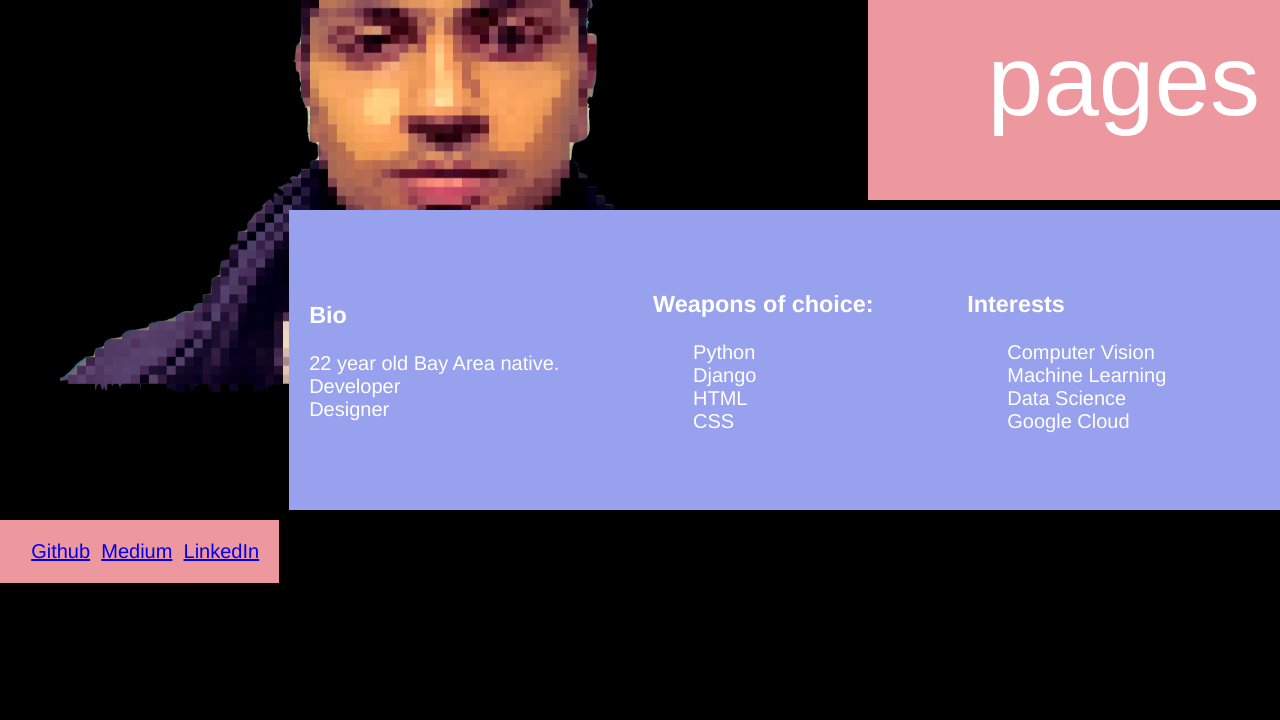
Repository: SamirIngley/html-semantic
Page: templates/about.html
The author's editor kept a copy of each file at every save. The page is drawn from the files as they stood at one save, then again after the next save.
The browser window is 1280 px wide. The pictures show the whole page.

Above is the page before, as saved 2020-02-05 22:20:43.

After the next save:
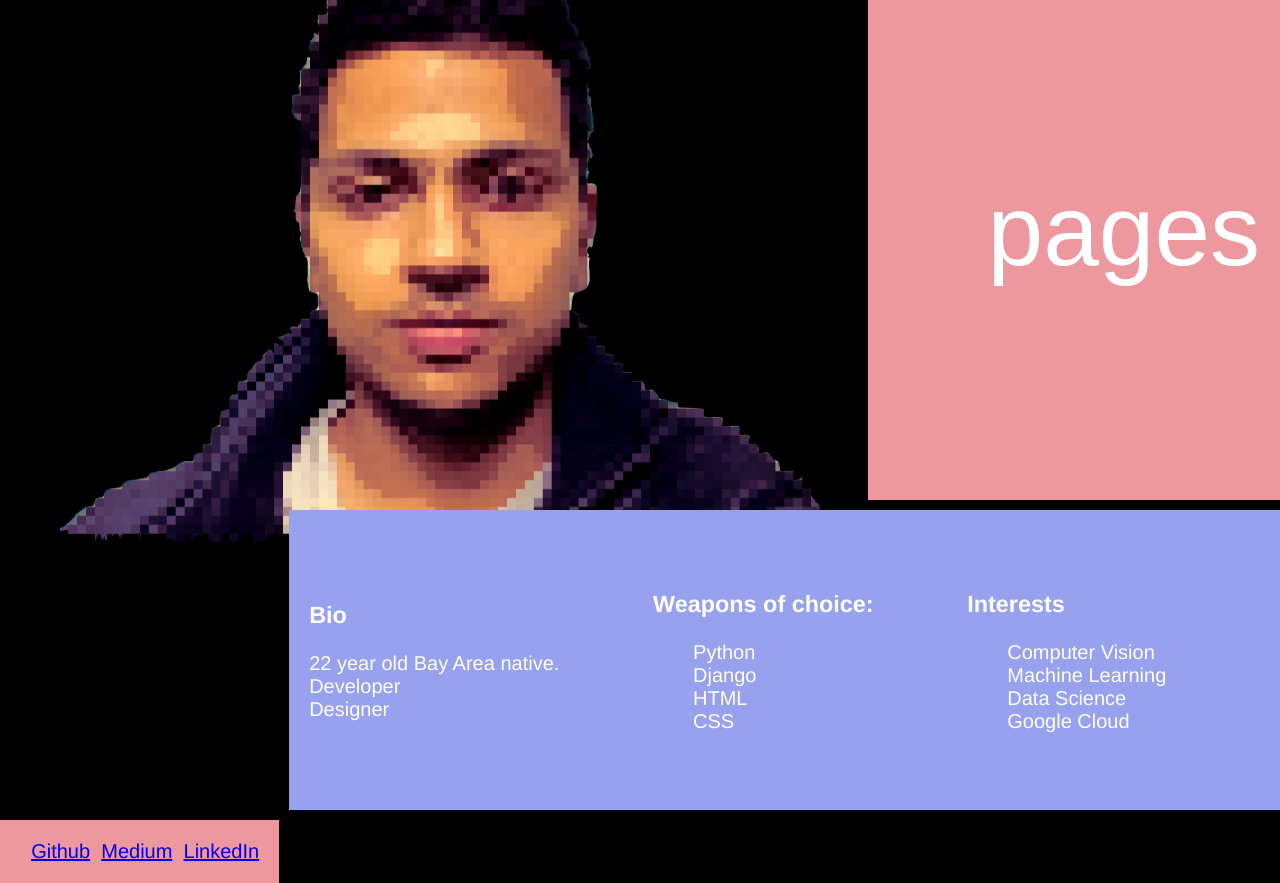
Saved 11 s later.
--- a/templates/style.css
+++ b/templates/style.css
@@ -16,7 +16,7 @@ body {
     display: grid;
     grid-gap: 10px;
     grid-template-columns: repeat(4, 1fr);
-    grid-template-rows: 200px 300px;
+    grid-template-rows: 500px 300px;
     /*
     The named areas below define where elements with
     those names are placed on the grid.
